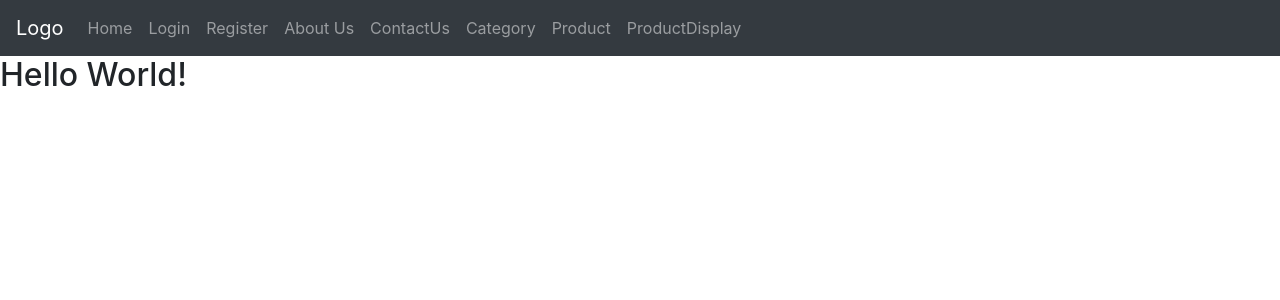
Repository: ramizkhan037/Java-Project
Page: http://localhost/Frontend/
An editor plug-in stored every save of this project. The page is shown before and after the next save, followed by the edit.
The browser window is 1280 px wide. The pictures show the whole page.
The page is served by Tomcat 9. Nobody is signed in. The application's start-up code is not run.

Above is the page before, as saved 2018-12-12 09:42:45.

After the next save:
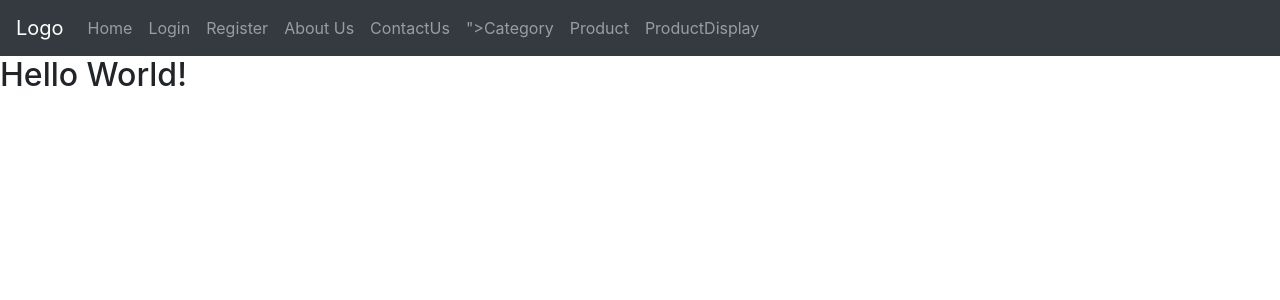
Saved 32 min 48 s later.
--- a/Frontend/src/main/webapp/WEB-INF/views/Header.jsp
+++ b/Frontend/src/main/webapp/WEB-INF/views/Header.jsp
@@ -41,8 +41,7 @@
     <li class="nav-item">
       <a class="nav-link" href="contactus">ContactUs</a>
     </li>
-    <li class="nav-item">
-      <a class="nav-link" href="<c:url value='/category'/>">Category</a>
+    <li class="nav-item"><a class="nav-link" href="<c:url value="/category"/>">Category</a>
     </li>
      <li class="nav-item">
       <a class="nav-link" href="<c:url value='/product'/>">Product</a>

After the save that followed:
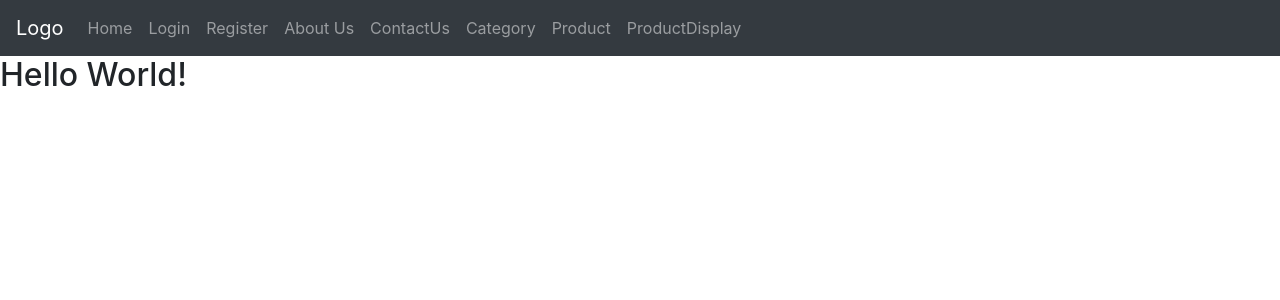
Saved 84 s later.
--- a/Frontend/src/main/webapp/WEB-INF/views/Header.jsp
+++ b/Frontend/src/main/webapp/WEB-INF/views/Header.jsp
@@ -41,7 +41,7 @@
     <li class="nav-item">
       <a class="nav-link" href="contactus">ContactUs</a>
     </li>
-    <li class="nav-item"><a class="nav-link" href="<c:url value="/category"/>">Category</a>
+    <li class="nav-item"><a class="nav-link" href="<c:url value='/category'/> ">Category</a>
     </li>
      <li class="nav-item">
       <a class="nav-link" href="<c:url value='/product'/>">Product</a>
